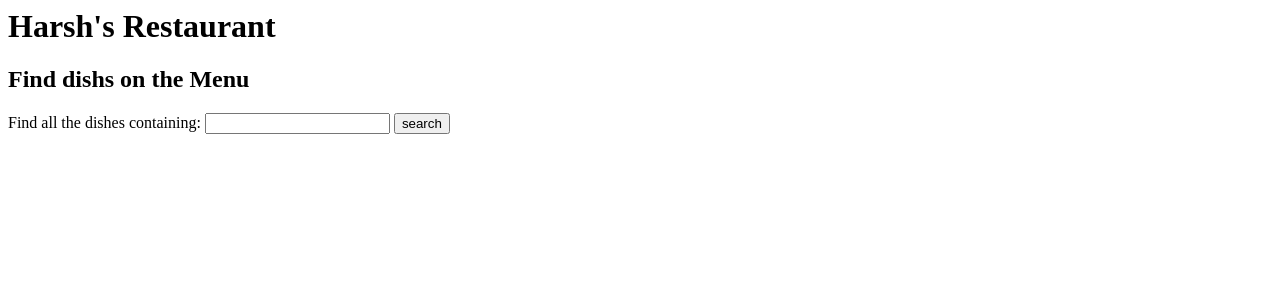
Repository: Harsh-rm/Java
Page: http://localhost/Restaurant/search.html
The author's editor kept a copy of each file at every save. The page is drawn from the files as they stood at one save, then again after the next save.
The browser window is 1280 px wide. The pictures show the whole page.
The page is served by Tomcat 9. Queries for data that is not in the repository find no rows.

Above is the page before, as saved 2023-09-02 21:08:52.

After the next save:
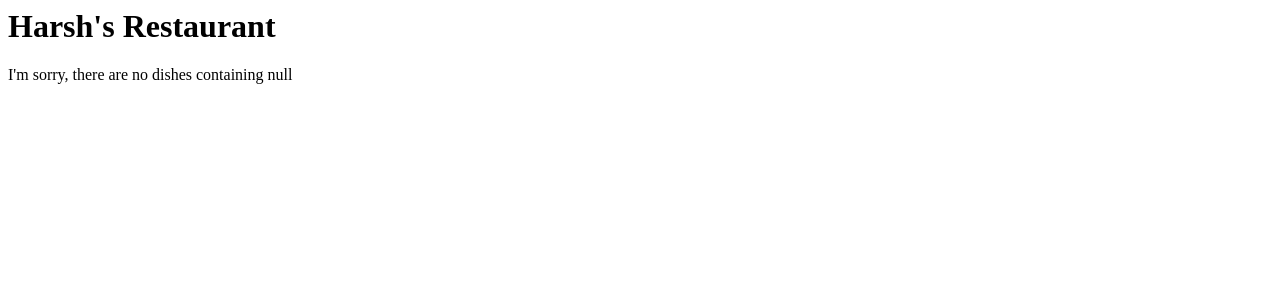
Saved 67 s later.
--- a/Projects/Restaurant/src/main/java/com/restaurant/servlets/SearchMenuServlet.java
+++ b/Projects/Restaurant/src/main/java/com/restaurant/servlets/SearchMenuServlet.java
@@ -13,7 +13,7 @@
 import com.restaurant.data.MenuDaoFactory;
 import com.restaurant.domain.MenuItem;
 
-@WebServlet("/searchResults.html")
+@WebServlet("/search.html")
 public class SearchMenuServlet extends HttpServlet {
 
 	public void service(HttpServletRequest request, HttpServletResponse response) throws IOException {

After the save that followed:
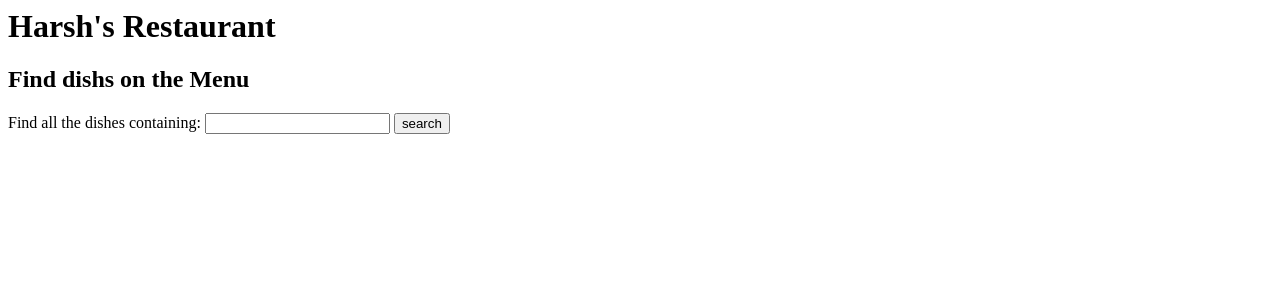
Saved 6 s later.
--- a/Projects/Restaurant/src/main/java/com/restaurant/servlets/SearchMenuServlet.java
+++ b/Projects/Restaurant/src/main/java/com/restaurant/servlets/SearchMenuServlet.java
@@ -13,7 +13,7 @@
 import com.restaurant.data.MenuDaoFactory;
 import com.restaurant.domain.MenuItem;
 
-@WebServlet("/search.html")
+//@WebServlet("/search.html")
 public class SearchMenuServlet extends HttpServlet {
 
 	public void service(HttpServletRequest request, HttpServletResponse response) throws IOException {
